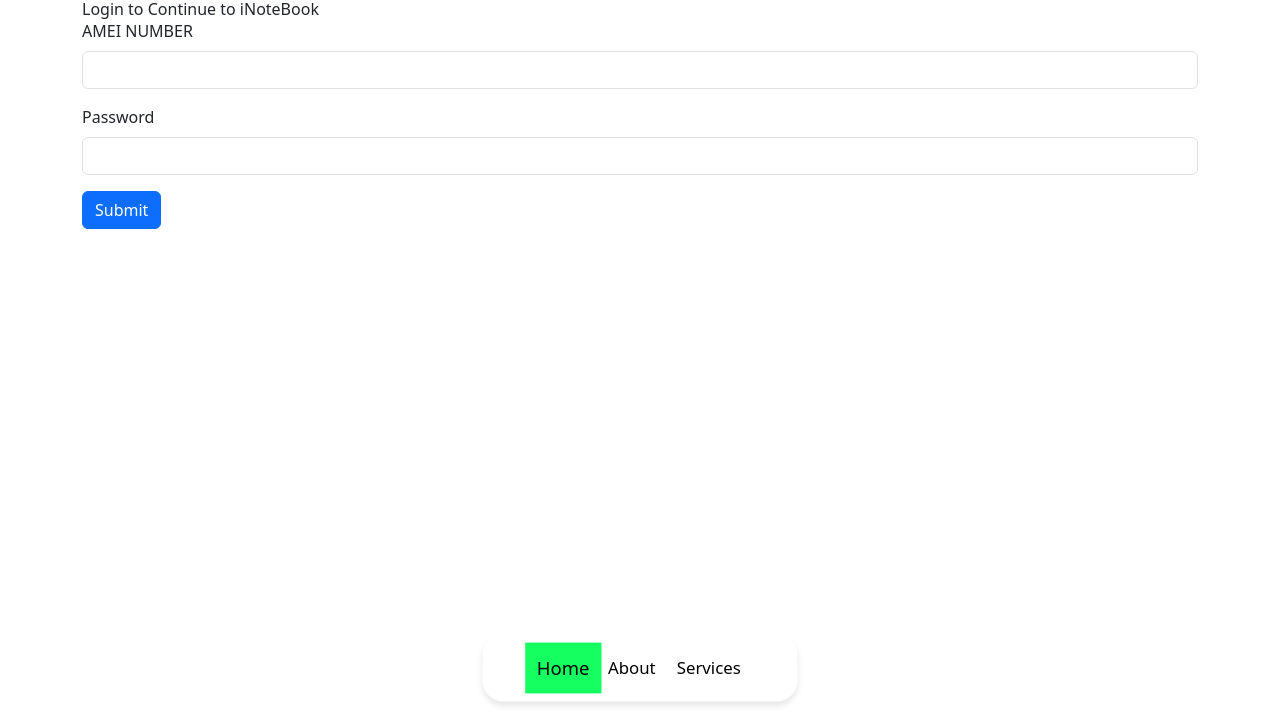
Repository: shash0708/GMR-Lines
Page: /login (app in frontend/)
The author's editor kept a copy of each file at every save. The page is drawn from the files as they stood at one save, then again after the next save.
The browser window is 1280 px wide. The pictures show the whole page.
The pointer rests on the first visible `.navbar-items a`.
The page's requests for data from a server got no answer. The project was rebuilt for these pictures with package versions that can differ from the ones it lists, and the page was loaded fresh each time. No one was signed in, and anything a server would have sent is missing. Also part of the build but not shown: frontend/src/components/Buttons/Buttons.component.jsx, frontend/src/components/Home/Home.component.jsx, frontend/src/components/Form/Form.css, frontend/src/components/speedDail/SpeedDail.component.jsx, frontend/src/components/Form/Form.component.jsx, frontend/src/components/Card/Card.jsx, frontend/src/components/Card/Card.css, frontend/src/components/Card/Card.component.jsx and 4 more.

Above is the page before, as saved 2024-09-08 23:22:02.

After the next save:
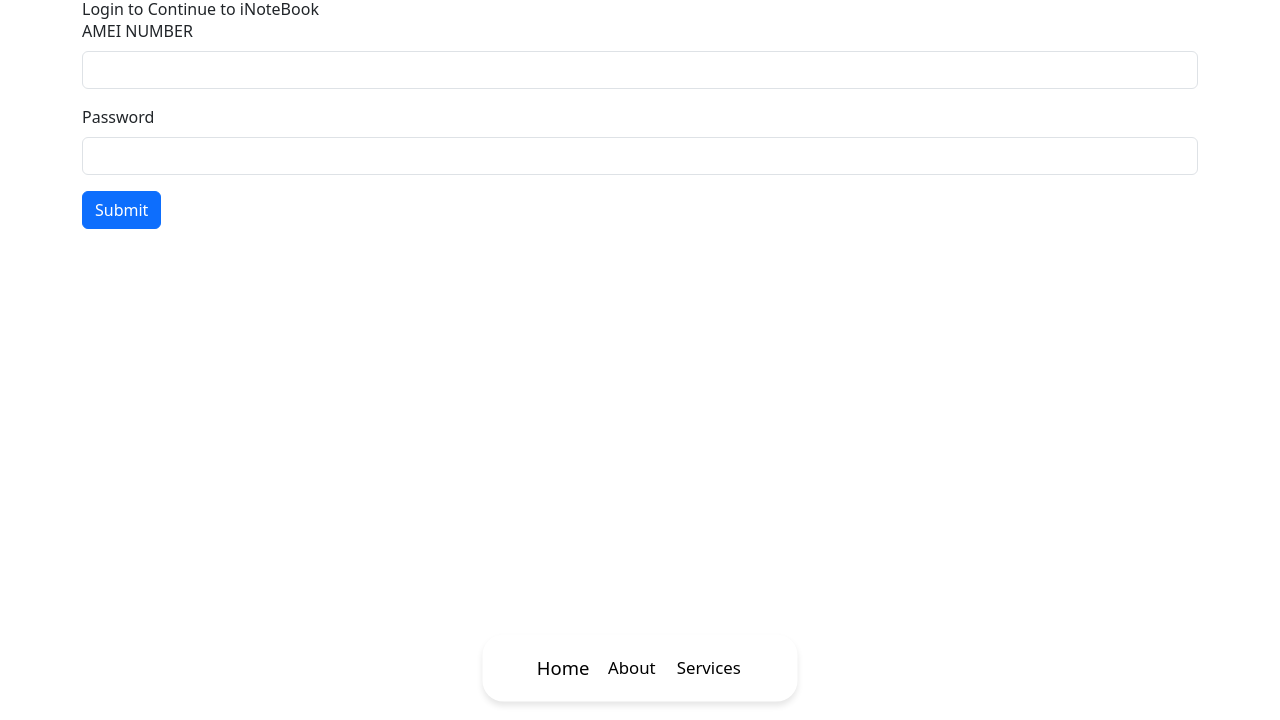
Saved 7 s later.
--- a/frontend/src/components/Header/Navbar.css
+++ b/frontend/src/components/Header/Navbar.css
@@ -46,7 +46,6 @@
   }
 
   .navbar-items a:hover {
-    background-color: #16ff60;
     border-radius: 20px solid green;
     transform: scale(1.1); /* Zoom in on hover */
   }
